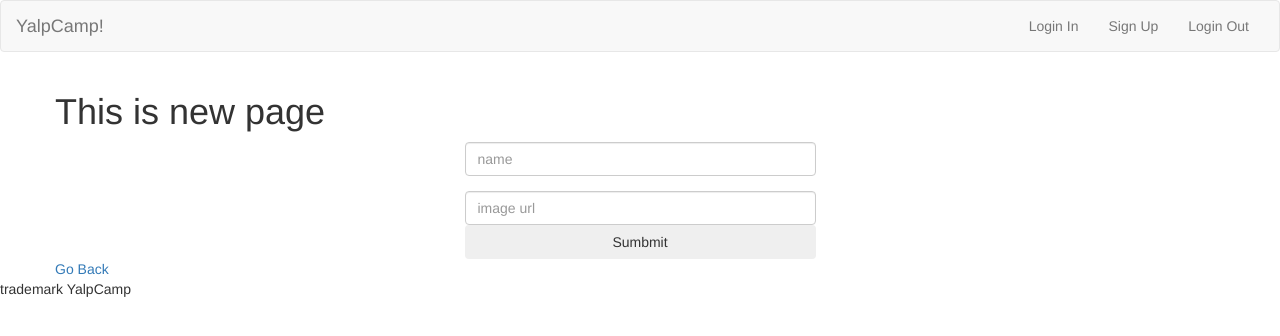
Repository: yli166/the-web-developer-bootcamp
Page: http://localhost/campgrounds/new
The author's editor kept a record of every edit. The page is drawn from the files as they stood at one moment, then again after the next edit.
The browser window is 1280 px wide. The pictures show the whole page.
The page is served by the project's Node server (yalpcamp/v1/app.js).

Above is the page before.

### nodejs/workspace/yalpcamp/v1/views/new.ejs
<% include partials/header %>
<div class='container'>
    <div class='row'>
        <h1> This is new page</h1>
        <div style="width:30%; margin:0 auto;">
        <form action= '/campgrounds' method= 'POST'>
            <div class='form-group'>
            <input class='form-control' type='text' name= 'name' placeholder='name'>
            </div>
            <div class='form-group'>

            </div>
            <div class='form-group'>

            </div>

            <input class='form-control' type='text' name= 'image' placeholder='image url'>
            <button class='btn btn-large btn-block'>Sumbmit</button>
        </form>
        </div>
        <a href='/campgrounds'>Go Back</a>

    </div>
</div>
<% include partials/footer %>

### nodejs/workspace/yalpcamp/v1/views/partials/header.ejs
<!DOCTYPE html>
<html>
<head>
	<title>YalpCamp</title>
	<link rel='stylesheet' href= 'https://maxcdn.bootstrapcdn.com/bootstrap/3.3.7/css/bootstrap.min.css'>
</head>
<body>
<nav class='navbar navbar-default'>
    <div class='container-fluid'>
        <div class='navbar-header'>
            <a class='navbar-brand' href='/'>YalpCamp!</a>
        </div>
        <div class='collapse navbar-collapse'>
            <ul class='nav navbar-nav navbar-right'>
                <li><a href='/'>Login In</a></li>
                <li><a href='/'>Sign Up</a></li>
                <li><a href='/'>Login Out</a></li>
            </ul>
        </div>
    </div>
</nav>

### nodejs/workspace/yalpcamp/v1/views/partials/footer.ejs
<p>trademark YalpCamp</p>
</body>
</html>

### nodejs/workspace/yalpcamp/v1/app.js
var express = require('express');
var app = express();
var bodyPaser = require("body-parser");
// var mongoose = require('mongoose')


app.use(bodyPaser.urlencoded({extended: true}));
app.set('view engine','ejs')
app.get('/',function(req,res){
    res.render('landing')
});
var campgrounds = [
    {name:'wyt bill',image:'https://pixabay.com/get/ea36b70928f21c22d2524518b7444795ea76e5d004b0144394f2c17aa6edb2_340.jpg'},
    {name:'yifan li',image:'https://pixabay.com/get/eb3db8072cf2023ed1584d05fb1d4e97e07ee3d21cac104497f1c379a4ecb5bf_340.jpg'},
    {name:'bitong wang',image:'https://farm8.staticflickr.com/7682/17149736522_54ca6f8c76.jpg'},
    {name:'wyt bill',image:'https://pixabay.com/get/ea36b70928f21c22d2524518b7444795ea76e5d004b0144394f2c17aa6edb2_340.jpg'},
    {name:'yifan li',image:'https://pixabay.com/get/eb3db8072cf2023ed1584d05fb1d4e97e07ee3d21cac104497f1c379a4ecb5bf_340.jpg'},
    {name:'bitong wang',image:'https://farm8.staticflickr.com/7682/17149736522_54ca6f8c76.jpg'},
    {name:'wyt bill',image:'https://pixabay.com/get/ea36b70928f21c22d2524518b7444795ea76e5d004b0144394f2c17aa6edb2_340.jpg'},
    {name:'yifan li',image:'https://pixabay.com/get/eb3db8072cf2023ed1584d05fb1d4e97e07ee3d21cac104497f1c379a4ecb5bf_340.jpg'},
    {name:'bitong wang',image:'https://farm8.staticflickr.com/7682/17149736522_54ca6f8c76.jpg'},
    ]

app.get('/campgrounds',function(req,res){
    res.render('campgrounds',{campgrounds:campgrounds})
})

app.post('/campgrounds',function(req,res){
    var name= req.body.name;
    var image = req.body.image;
    var newCampground = {name: name, image: image}
    campgrounds.push(newCampground)

})

app.get('/campgrounds/new',function(req, res) {
    res.render('new')
})
// app.listen(process.env.PORT,process.env.IP,function(){
//     console.log('yelpcamp has started!')
// })
app.listen(3000)

After the next edit:
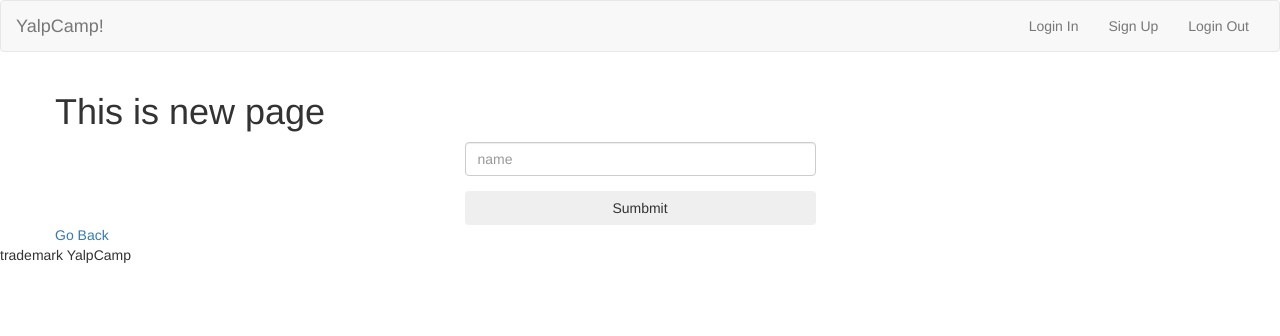
The edit:
--- a/nodejs/workspace/yalpcamp/v1/views/new.ejs
+++ b/nodejs/workspace/yalpcamp/v1/views/new.ejs
@@ -14,7 +14,7 @@
 
             </div>
 
-            <input class='form-control' type='text' name= 'image' placeholder='image url'>
+
             <button class='btn btn-large btn-block'>Sumbmit</button>
         </form>
         </div>
